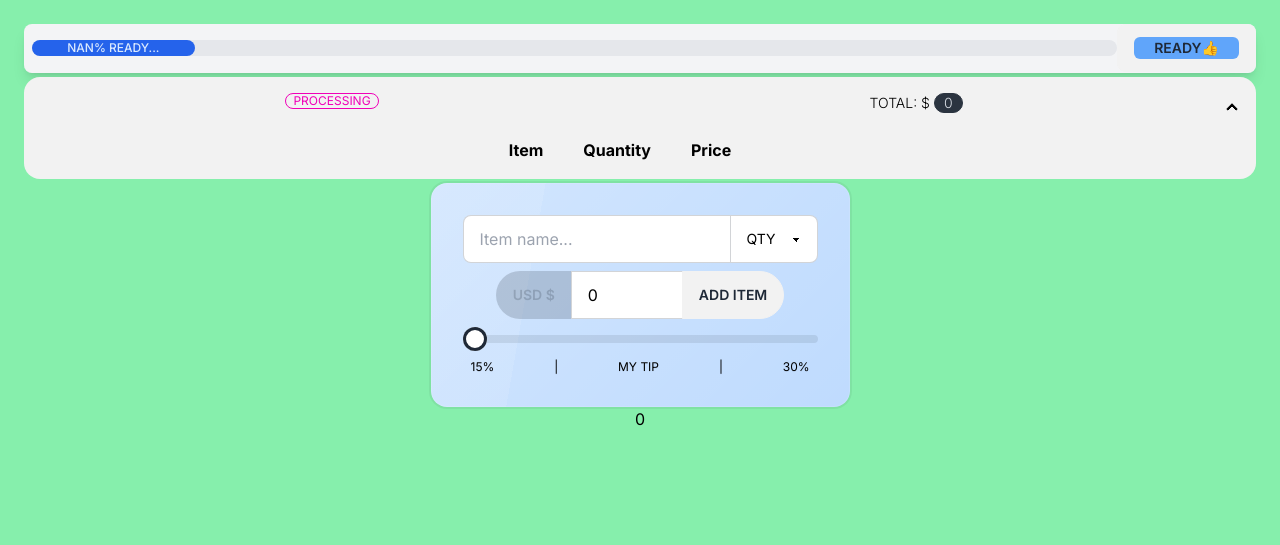
Repository: bitepay/bitepay-xyz
Page: /table
These files come from the project's save history. The page is drawn as it stood at one moment and after the next save; the edit follows.
The browser window is 1280 px wide. The pictures show the whole page.
The page's requests for data from a server got no answer. The project was rebuilt for these pictures with package versions that can differ from the ones it lists, and the page was loaded fresh each time. The framework's server and built-in components were replaced by stand-ins that run in the browser. No one was signed in, and anything a server would have sent is missing. Also part of the build but not shown: next.config.js.

Above is the page before, as saved 2023-06-27 23:48:59.

After the next save:
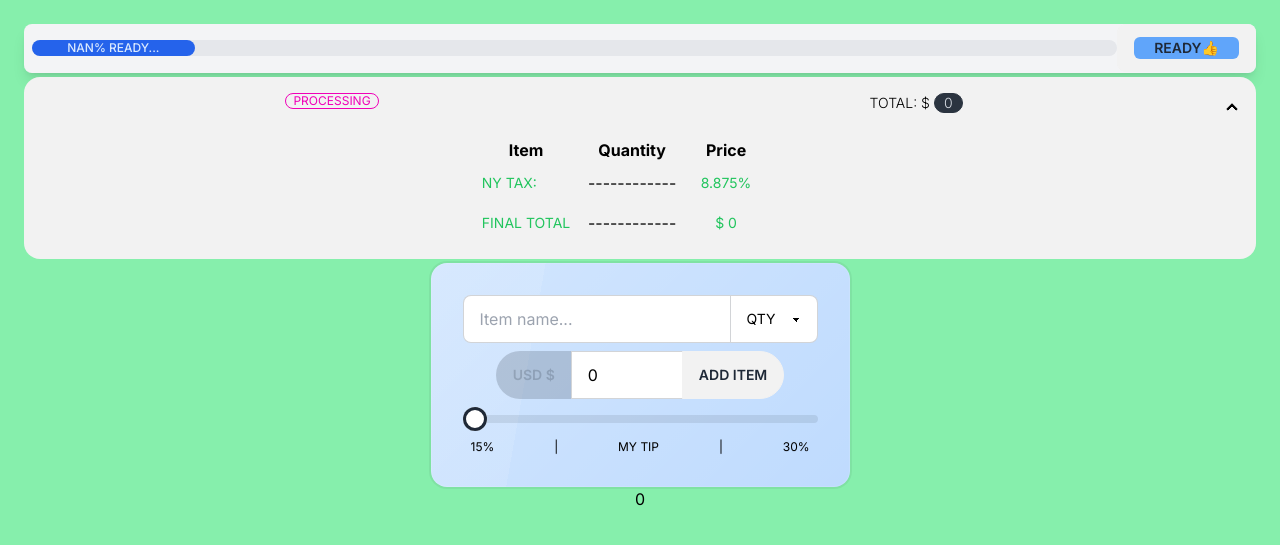
Saved 7 h 42 min later.
--- a/src/components/UserBill.jsx
+++ b/src/components/UserBill.jsx
@@ -50,6 +50,30 @@ export const UserBill = ({ user, handleUserDelete }) => {
           </thead>
           <tbody>
             {user.myItems.map((item) => UserItem(item))}
+            <tr>
+              <td className="p-2 whitespace-nowrap">
+                <div className="text-left text-sm text-green-500">NY TAX:</div>
+              </td>
+              <td className="p-2 whitespace-nowrap">
+                <div className="text-center">------------</div>
+              </td>
+              <td className="p-2 whitespace-nowrap">
+                <div className="text-sm text-center  text-green-500">8.875%</div>
+              </td>
+            </tr>
+            <tr>
+              <td className="p-2 whitespace-nowrap">
+                <div className="text-left text-sm text-green-500">FINAL TOTAL</div>
+              </td>
+              <td className="p-2 whitespace-nowrap">
+                <div className="text-center">------------</div>
+              </td>
+              <td className="p-2 whitespace-nowrap">
+                <div className="text-sm text-center  text-green-500">$ {
+                Math.round(100 * ((((1+(user.tip / 100))) * user.total) + (user.total * .08875))) / 100
+                }</div>
+              </td>
+            </tr>
           </tbody>
         </table>
       </div>
